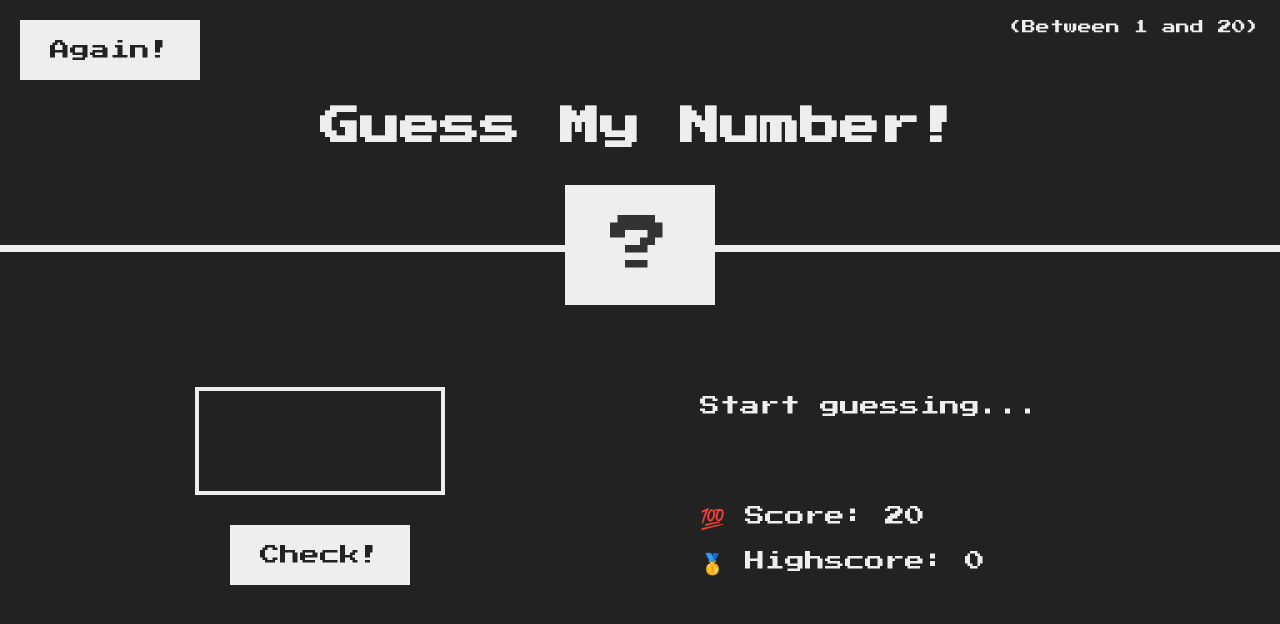
Repository: Samkiroko/guess-my-number
Page: index.html
The author's editor kept a copy of each file at every save. The page is drawn from the files as they stood at one save, then again after the next save.
The browser window is 1280 px wide. The pictures show the whole page.

Above is the page before, as saved 2021-02-18 16:22:23.
Console error: TypeError: Cannot set properties of null (setting 'textContent')

After the next save:
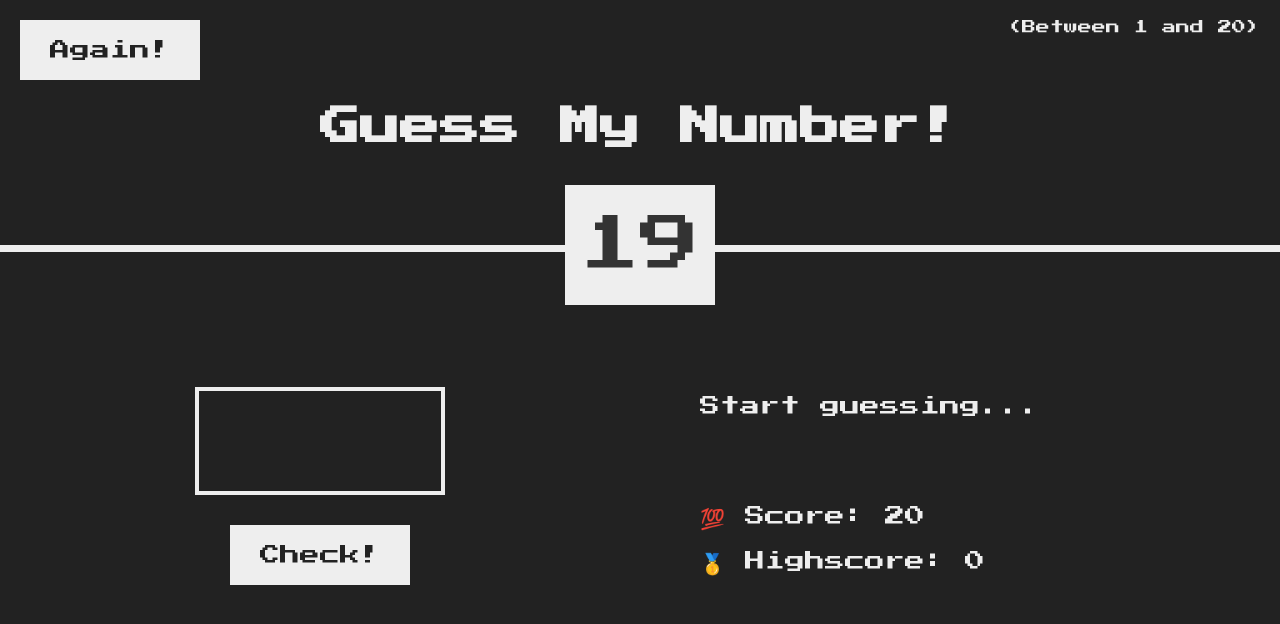
The error is gone.
Saved 9 s later.
--- a/script.js
+++ b/script.js
@@ -11,7 +11,7 @@ console.log(document.querySelector('.guess').value);
 */
 
 const number = Math.trunc(Math.random() * 20) + 1;
-document.querySelector('number').textContent = number;
+document.querySelector('.number').textContent = number;
 
 document.querySelector('.check').addEventListener('click', () => {
   const guess = Number(document.querySelector('.guess').value);
